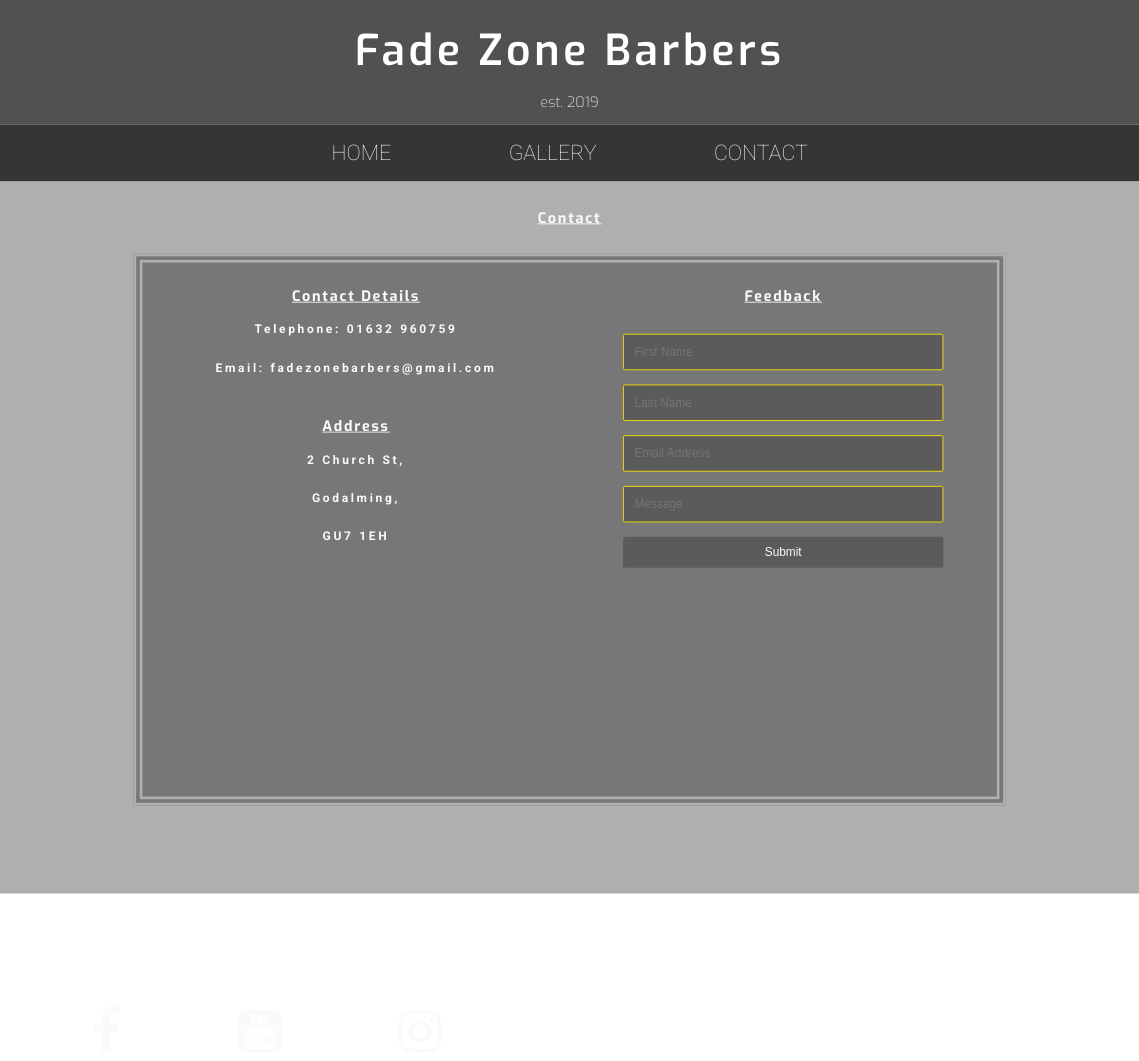
Repository: Boofy360/fade-zone-barbers
Page: contact.html
The author's editor kept a record of every edit. The page is drawn from the files as they stood at one moment, then again after the next edit.
The browser window is 1280 px wide. The pictures show the whole page, at 89% of full size.

Above is the page before.

### contact.html
<!DOCTYPE html>
<html lang="en">

<head>
    <meta charset="UTF-8">
    <meta name="viewport" content="width=device-width, initial-scale=1.0">
    <meta http-equiv="X-UA-Compatible" content="ie=edge">
    <link rel="stylesheet" href="assets/css/style.css" type="text/css" />
    <link rel="stylesheet" href="https://maxcdn.bootstrapcdn.com/font-awesome/4.7.0/css/font-awesome.min.css" type="text/css" />
    <link rel="stylesheet" href="https://cdnjs.cloudflare.com/ajax/libs/hover.css/2.3.1/css/hover-min.css" type="text/css" />
    <title>Document</title>
</head>

<body>
    <header>
        <div id="heading">
            <h1>Fade Zone Barbers</h1>
            <h2>est. 2019</h2>
            <!----------Figure out how to center---------->
        </div>
    </header>
    <nav>
        <ul id="navbar">
            <li>
                <a href="index.html">Home</a>
            </li>
            <li>
                <a href="gallery.html">Gallery</a>
            </li>
            <li>
                <a href="contact.html">Contact</a>
            </li>
        </ul>
    </nav>
    <section id="contact">
        <h2>Contact</h2>
        <div id="contact-overlay">
            <div id="left-contact">
                <h2>Contact Details</h2>
                <p>Telephone: 01632 960759</p>
                <p>Email: fadezonebarbers@gmail.com</p>
                <h2>Address</h2>
                <p>2 Church St,</p>
                <p>Godalming,</p>
                <p>GU7 1EH</p>
            </div>
            <div id="right-contact">
                <h2>Feedback</h2>
                <form action="" target="_self" method="post">
                    <input type="text" name="firstname" placeholder="First Name"/>
                    <input type="text" name="lastname" placeholder="Last Name"/>
                    <input type="text" name="email" placeholder="Email Address"/>
                    <input type="text" name="message" placeholder="Message"/>
                    <input type="submit" value="Submit"/>
                </form>
            </div>
        </div>
    </section>
    <footer>
        <h1>Social Media</h1>
        <ul id="social-networks">
            <li><a href="https://www.facebook.com" target="_blank"><i class="fa fa-facebook"></i></a></li>
            <li><a href="https://www.twitter.com" target="_blank"><i class="fa fa-youtube-square"></i></a></li>
            <li><a href="https://www.instagram.com" target="_blank"><i class="fa fa-instagram"></i></a></li>
        </ul>
    </footer>
</body>

</html>

### assets/css/style.css
@import url('https://fonts.googleapis.com/css?family=Roboto:100,200,300,400,500,600,700|Exo:100,200,300,400,500,600,700');

/*--------------------------------------------Special paddings/margins/text*/

body {
    margin: 0;
    padding: 0;
    border: 0;
}

a:link {
    text-decoration: none!important;
}

/*--------------------------------------------Header*/

header {
    background-color: rgba(8, 8, 8, 0.7);
    font-family: "Exo", sans-serif;
    line-height: 50px;
    text-align: center;
}

#heading h1 {
    font-size: 300%;
    letter-spacing: 4px;
    color: #fff;
    font-weight: 600;
    margin: 0;
    padding: 32px 0 8px;
}

#heading h2 {
    font-size: 100%;
    color: #fafafa;
    font-weight: 200;
    margin: 0;
}

/*--------------------------------------------Navbar*/

#navbar {
    background-color: rgba(32, 32, 32, 0.9);
    list-style-type: none;
    margin: auto;
    padding: 0;
    float: none;
    text-align: center
}

#navbar li {
    display: inline-block;
}

#navbar li a {
    font-family: "Roboto", sans-serif;
    color: #fafafa;
    font-size: 150%;
    font-weight: 100;
    text-transform: uppercase;
    padding: 0 64px;
    text-decoration: none;
    display: inline;
    line-height: 64px;
    transition: all 0.35s ease-in-out;
    -moz-transition: all 0.35s ease-in-out;
    -webkit-transition: all 0.35s ease-in-out;
    -o-transition: all 0.35s ease-in-out;
}

#navbar li a:hover {
    color: #ffdf00;
}


/*--------------------------------------------About Us*/

#hero-image {
    background-image: linear-gradient(rgba(0, 0, 0, 0.2), rgba(0, 0, 0, 0.2)), url("../images/tools-background.jpg");
    height: 100%;
    background-position: center;
    background-repeat: no-repeat;
    background-size: cover;
}


#hero-outer {
    height: 600px;
    width: 100%;
    overflow: hidden;
    position: relative;
    text-align: center
}

#cover-text h2 {
    letter-spacing: 2px;
    font-family: "Exo", sans-serif;
    text-decoration: underline;


}

#cover-text {
    background-color: rgba(32, 32, 32, 0.5);
    font-family: "Roboto", sans-serif;
    font-size: 1.5vh;
    text-align: center;
    color: #fafafa;
    line-height: 100%;
    width: 60%;
    height: 60%;
    border-radius: 5%;
    padding: 20px 20px;
    bottom: 20%;
    left: 10%;
    position: absolute;
    margin: 0 auto;
}

/*--------------------------------------------Prices*/

#prices {
    background-color: #afafaf;
    font-family: "Roboto", sans-serif;
    font-size: 1.5vh;
    text-align: center;
    color: #fafafa;
    width: 100%;
    height: 600px;
    position: relative;
}

#prices h2 {
    text-align: center;
    letter-spacing: 2px;
    font-family: "Exo", sans-serif;
    text-decoration: underline;
    padding: 30px 0;
    margin: 0;
}


#prices-list {
    background-color: rgba(64, 64, 64, 0.5);
    width: 80%;
    height: 65%;
    line-height: 150%;
    display: inline-block;
    border: 10px double #afafaf;
}

#left-content {
    float: left;
    width: 50%;
}

#right-content {
    float: right;
    width: 50%;
}

#left-content p,
#right-content p {
    font-size: 1.25em;
    letter-spacing: 3px;
    font-weight: 700;
    padding: 0.5em;

}

/*--------------------------------------------Gallery*/

#gallery {
    background-color: #afafaf;
    clear:both;
    height: 100%;
    line-height: 0;
    column-count: 5;
    column-gap: 0;
}

#gallery img {
    width: 100%;
}

/*--------------------------------------------Contact*/

#contact {
    background-color: #afafaf;
    width: 100%;
    height: 800px;
    position: relative;
    text-align:center;
    font-size: 1.5vh;
    font-family: "Roboto", sans-serif;
    color: #fafafa;
}

#contact h2 {
    text-align: center;
    letter-spacing: 2px;
    font-family: "Exo", sans-serif;
    text-decoration: underline;
    padding: 30px 0;
    margin: 0;
}

#contact-overlay {
    background-color: rgba(64, 64, 64, 0.5);
    width: 75%;
    height: 75%;
    line-height: 150%;
    display: inline-block;
    border: 10px double #afafaf;
}

#left-contact {
    float: left;
    width: 50%;
}

#left-contact h2 {
    padding-bottom: 0px
}

#right-contact {
    float: right;
    width: 50%;
}

#left-contact p {
    font-size: 1.25em;
    letter-spacing: 3px;
    font-weight: 700;
    padding: 0.5em;
}

input {
    background-color: rgba(64, 64, 64, 0.5);
    color: #fafafa;
    width: 75%;
    padding: 12px;
    margin-top: 4px;
    margin-bottom: 12px;
    box-sizing: border-box;
    border-radius: 2px;
    border: 1px solid #ffdf00;
    cursor: text;
}

input[type=submit] {
    padding: 10px 16px;
    border: none;
    border-radius: 2px;
    cursor: pointer;
}

input[type=submit]






/*--------------------------------------------Footer*/

footer {
    background-color: rgba(8, 8, 8, 0.7);
    line-height: 50px;
    text-align: center;
}

footer h1 {
    font-family: "Exo", sans-serif;
    font-size: 300%;
    letter-spacing: 4px;
    color: #fff;
    font-weight: 600;
    margin: 0;
    padding: 30px 0;
}

#social-networks {
    margin: 0;
}

#social-networks li {
    display: inline;

}

#social-networks li a {
    color: #fafafa;
    font-size: 3.5em;
    padding: 0 64px;
    line-height: 64px;
    transition: all 0.35s ease-in-out;
    -moz-transition: all 0.35s ease-in-out;
    -webkit-transition: all 0.35s ease-in-out;
    -o-transition: all 0.35s ease-in-out;
}

#social-networks li a:hover {
    color: #ffdf00;
}

After the next edit:
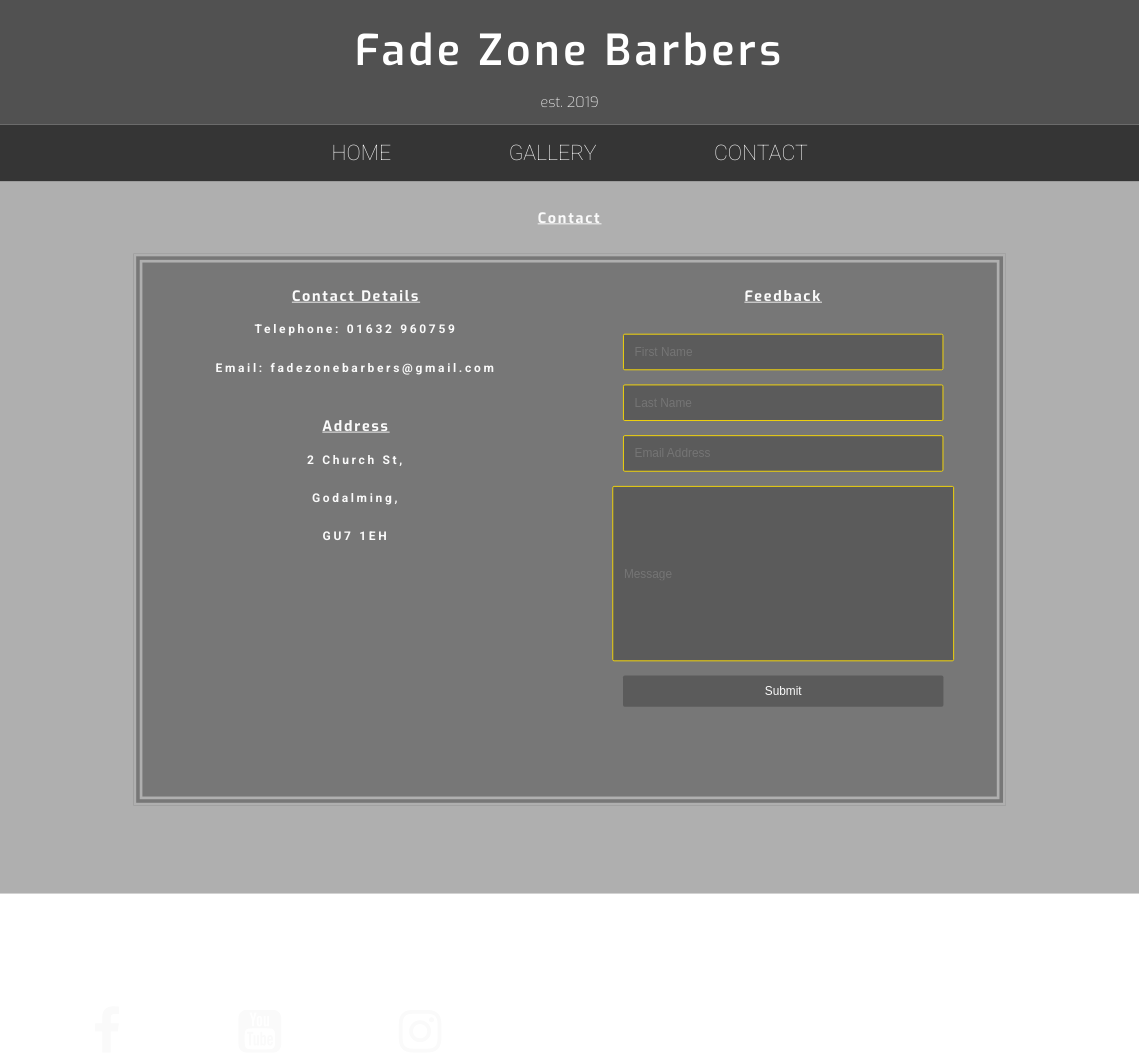
The edit:
--- a/assets/css/style.css
+++ b/assets/css/style.css
@@ -247,6 +247,10 @@
     border: 1px solid #ffdf00;
     cursor: text;
 }
+input[name=message] {
+    width: 80%;
+    padding: 90px 12px;
+}
 
 input[type=submit] {
     padding: 10px 16px;
